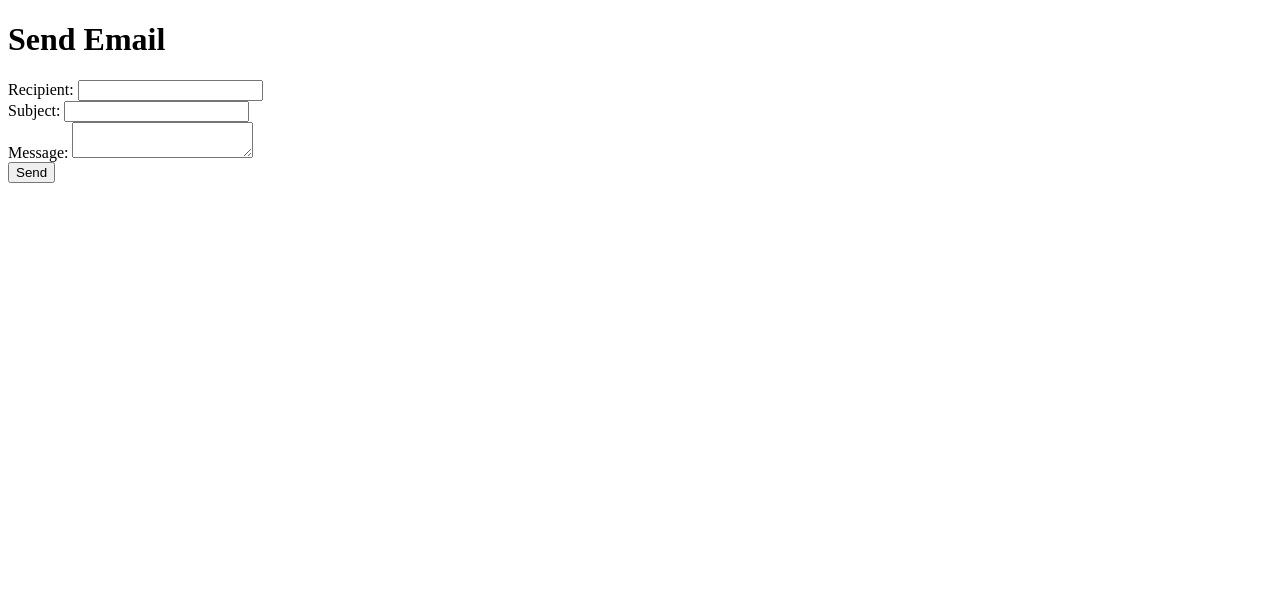
Repository: AnnPTit/ASM_Java04
Page: http://localhost/Asm/views/sendEmail
These files come from the project's save history. The page is drawn as it stood at one moment and after the next save; the edit follows.
The browser window is 1280 px wide. The pictures show the whole page.
The page is served by Tomcat 9.

Above is the page before, as saved 2023-03-20 15:22:31.

After the next save:
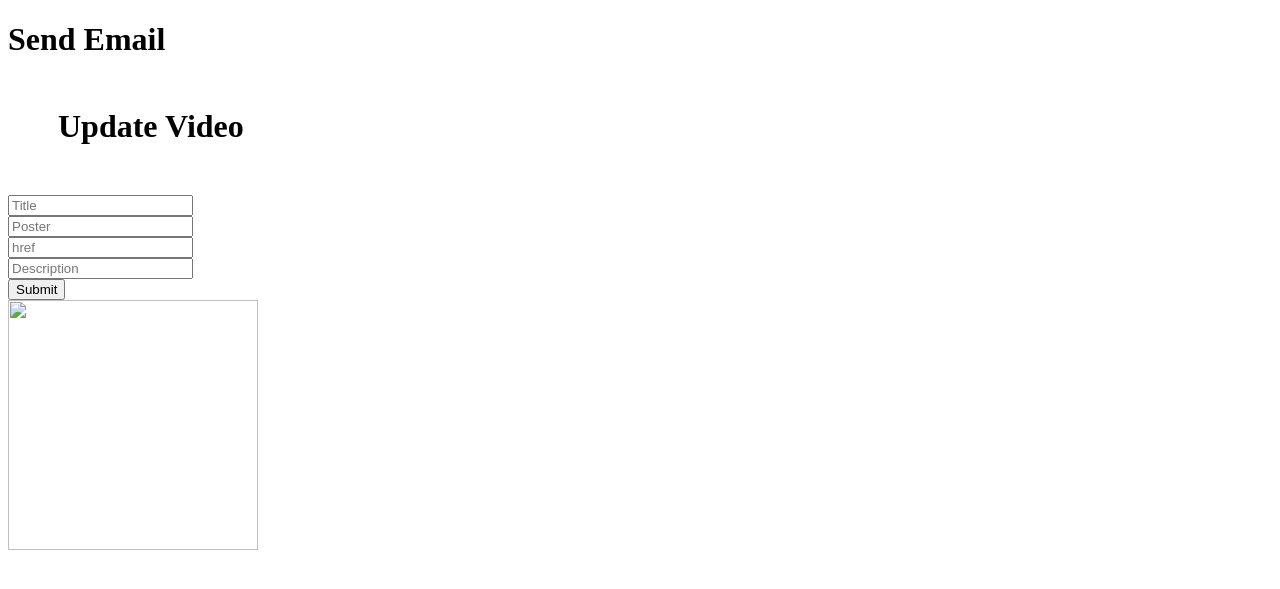
Saved 22 min 17 s later.
--- a/Asm/src/main/webapp/views/sendEmail.jsp
+++ b/Asm/src/main/webapp/views/sendEmail.jsp
@@ -8,15 +8,66 @@
 </head>
 <body>
 	<h1>Send Email</h1>
-	<form method="post"
-		action="${pageContext.request.contextPath }/views/sendEmail">
-		<label for="recipient">Recipient:</label> <input type="email"
-			name="email" id="recipient"> <br> <label
-			for="subject">Subject:</label> <input type="text" name="subject"
-			id="subject"> <br> <label for="message">Message:</label>
-		<textarea name="message" id="message"></textarea>
-		<br>
-		<button type="submit">Send</button>
-	</form>
+
+	<div class="mx-auto pb-3 tm-about-text-container px-3">
+		<div>
+			<h1 style="margin: 50px">Update Video</h1>
+		</div>
+		<div class="row">
+			<div class="col-lg-6 mb-5">
+
+
+				<form id="contact-form"
+					action="${pageContext.request.contextPath}/admins/Admin/update"
+					method="post" class="tm-contact-form">
+					<div class="form-group">
+						<input type="text" name="title" class="form-control rounded-0"
+							placeholder="Title" required="" value="${video.title}" />
+					</div>
+					<div class="form-group">
+						<input type="text" name="poster" class="form-control rounded-0"
+							placeholder="Poster" required="" value="${video.poster}" />
+					</div>
+					<div class="form-group">
+						<input type="text" name="href" class="form-control rounded-0"
+							placeholder="href" required="" value="${video.href}" />
+					</div>
+					<!-- <div class="form-group">
+						<select class="form-control" id="contact-select" name="inquiry">
+							<option value="-">Subject</option>
+							<option value="sales">Sales &amp; Marketing</option>
+							<option value="creative">Creative Design</option>
+							<option value="uiux">UI / UX</option>
+						</select>
+					</div> -->
+					<div class="form-group">
+						<input name="description" class="form-control rounded-0"
+							placeholder="Description" value="${video.description}"></input>
+					</div>
+
+					<div class="form-group mb-0">
+
+						<button type="submit"
+							class="btn btn-primary rounded-0 d-block ml-auto mr-0 tm-btn-animate tm-btn-submit tm-icon-submit">
+							<span>Submit</span>
+						</button>
+
+					</div>
+				</form>
+			</div>
+			<div class="col-lg-6">
+				<div class="mapouter mb-60">
+					<div class="gmap_canvas">
+						<!-- <iframe width="100%" height="520" id="gmap_canvas"
+							src="https://maps.google.com/maps?q=Av.+L%C3%BAcio+Costa,+Rio+de+Janeiro+-+RJ,+Brazil&t=&z=13&ie=UTF8&iwloc=&output=embed"
+							frameborder="0" scrolling="no" marginheight="0" marginwidth="0"></iframe> -->
+						<img alt="" src="${video.poster }"
+							style="width: 250px; height: 250px">
+					</div>
+				</div>
+			</div>
+		</div>
+	</div>
+
 </body>
 </html>
